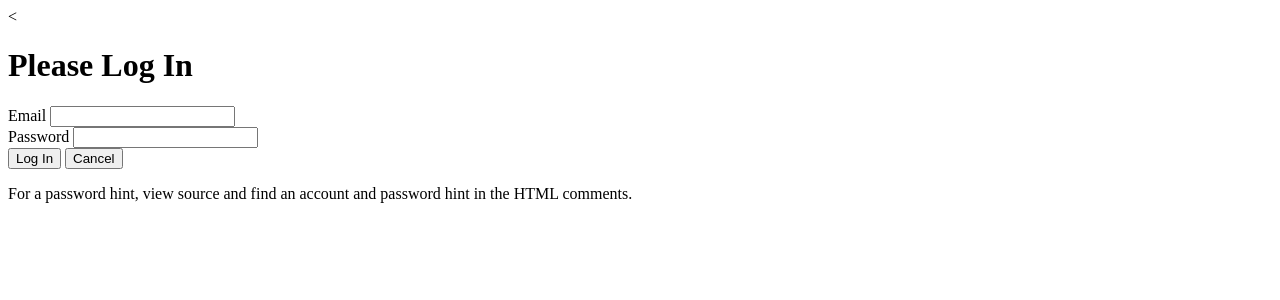
Repository: SirRabbitt/Aplikacja-crud-z-logowaniem-php-js-
Page: http://localhost/login.php
These files come from the project's save history. The page is drawn as it stood at one moment and after the next save; the edit follows.
The browser window is 1280 px wide. The pictures show the whole page.
The page is run by PHP 8.4 with error messages shown; the project is at /var/www/html/. pdo.php is not in the repository; a stand-in opens the database connection. Other server files are loaded and not shown.

Above is the page before, as saved 2024-05-21 12:55:15.

### login.php
<?php
session_start();
require_once "pdo.php";

if (isset($_POST['cancel'])) {
    header("Location: index.php");
    return;
}

if (isset($_POST['email']) && isset($_POST['pass'])) {
    if (strlen($_POST['email']) < 1 || strlen($_POST['pass']) < 1) {
        $_SESSION['error'] = "Wszystkie pola są wymagane";
        header("Location: login.php");
        return;
    } else {
        $check = hash('md5', 'XyZzy12*_'.$_POST['pass']);
        $stmt = $pdo->prepare("SELECT user_id, name FROM users WHERE email = :em AND password = :pw");
        $stmt->execute(array(':em' => $_POST['email'], ':pw' => $check));
        $row = $stmt->fetch(PDO::FETCH_ASSOC);
        if ($row !== false) {
            $_SESSION['name'] = $row['name'];
            $_SESSION['user_id'] = $row['user_id'];
            header("Location: index.php");
            return;
        } else {
            $_SESSION['error'] = "Niepoprawny adres e-mail lub hasło";
            header("Location: login.php");
            return;
        }
    }
}
?>
<!DOCTYPE html>
<html>
<head>
<title>b82706ae</title>
<script>
function showError() {
    alert("Niepoprawny adres e-mail lub haslo");
}
</script>
</head>
<<body>
<div class="container">
<h1>Please Log In</h1>
<form method="POST" action="login.php">
<label for="email">Email</label>
<input type="text" name="email" id="email"><br>
<label for="id_1723">Password</label>
<input type="password" name="pass" id="id_1723"><br>
<input type="submit" onclick="return doValidate();" value="Log In">
<input type="submit" name="cancel" value="Cancel">
</form>
<p>
For a password hint, view source and find an account and password hint
in the HTML comments.
<!-- Hint:
The account is umsi@umich.edu
The password is the three character name of the
programming language used in this class (all lower case)
followed by 123. -->
</p>
<script>
function doValidate() {
    console.log('Validating...');
    try {
        addr = document.getElementById('email').value;
        pw = document.getElementById('id_1723').value;
        console.log("Validating addr="+addr+" pw="+pw);
        if (addr == null || addr == "" || pw == null || pw == "") {
            alert("Both fields must be filled out");
            return false;
        }
        if ( addr.indexOf('@') == -1 ) {
            alert("Invalid email address");
            return false;
        }
        return true;
    } catch(e) {
        return false;
    }
    return false;
}
</script>

</div>

</body>
</html>

After the next save:
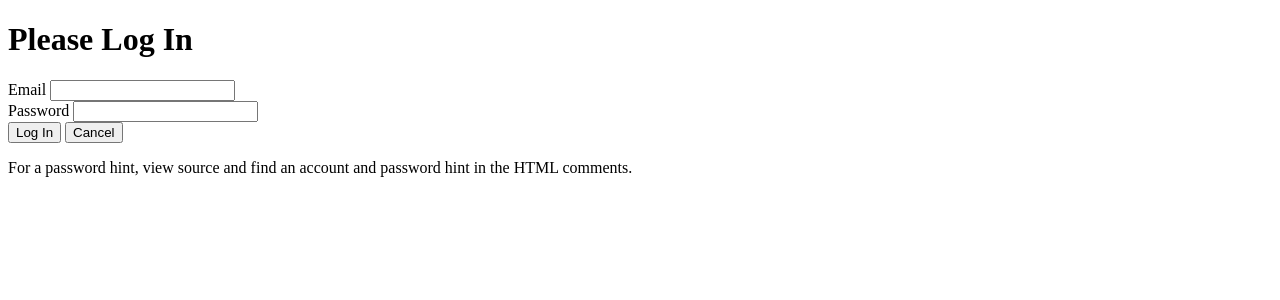
Saved 35 s later.
--- a/login.php
+++ b/login.php
@@ -40,7 +40,7 @@ function showError() {
 }
 </script>
 </head>
-<<body>
+<body>
 <div class="container">
 <h1>Please Log In</h1>
 <form method="POST" action="login.php">
